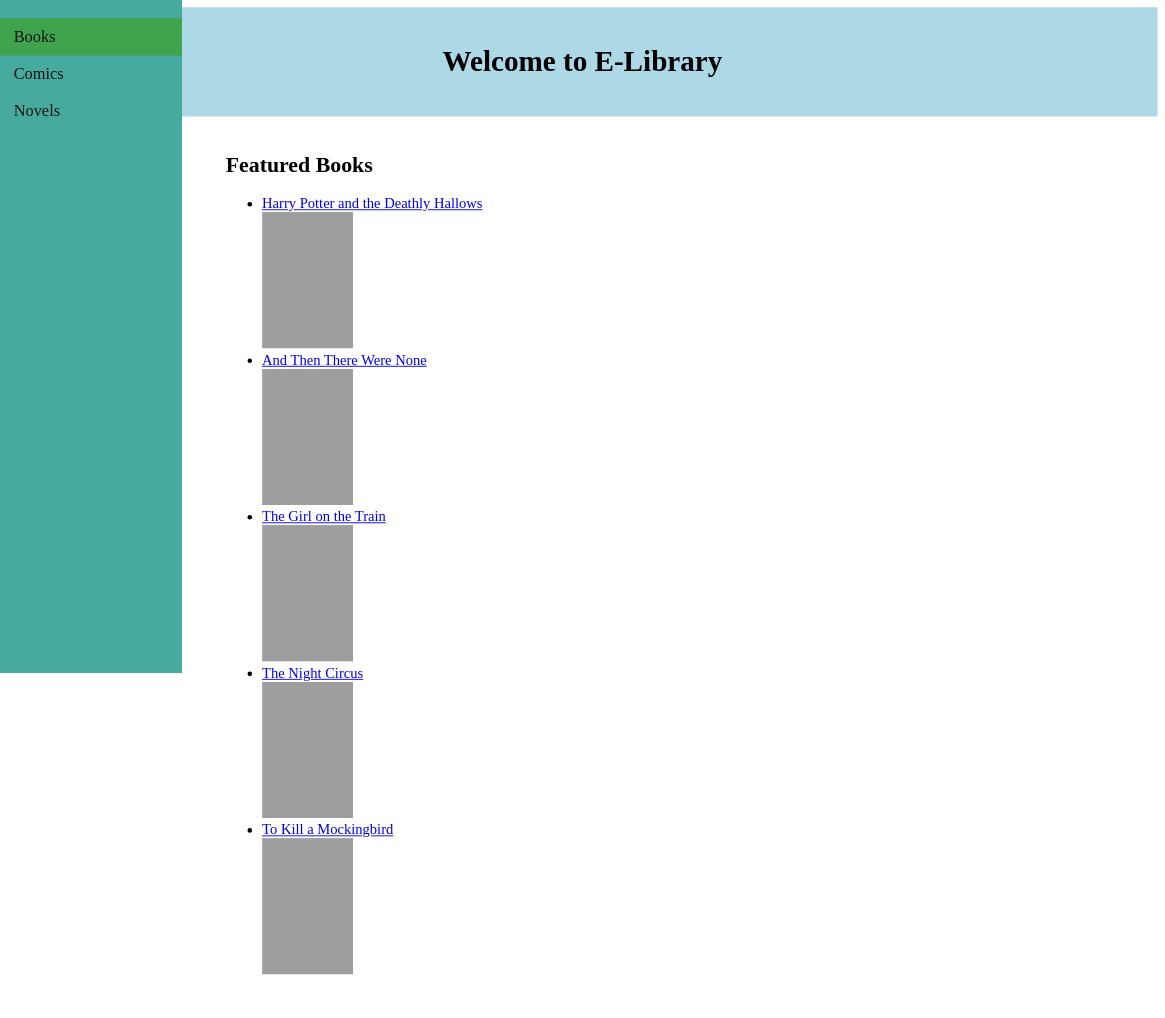
Repository: TejasS1233/MINITHON-hackathon-project
Page: Rishit.html
An editor plug-in stored every save of this project. The page is shown before and after the next save, followed by the edit.
The browser window is 1280 px wide. The pictures show the whole page, at 91% of full size.
The pointer rests on the first visible `.sidebar a`.
Pictures or frames that could not be fetched are drawn as grey boxes.

Above is the page before, as saved 2024-09-20 09:16:03.

### Rishit.html
<!DOCTYPE html>
<html lang="en">
<head>
    <meta charset="UTF-8">
    <meta name="viewport" content="width=device-width, initial-scale=1.0">
    <title>E-Library</title>
    <style>
        header
        {
            background-color: lightblue;
            text-align: center;
            padding: 20px;
        }

        .sidebar
        {
            height: 100%;
            width: 200px;
            position: fixed;
            top: 0;
            left: 0;
            background-color: #46ab9e;
            padding-top: 20px;
        }
        .sidebar a
        {
            padding: 10px 15px;
            text-decoration: none;
            font-size: 18px;
            color: #141313;
            display: block;
        }
        .sidebar a:hover
        {
            background-color: #40a44f;
        }

        .content {
            margin-left: 220px; /* Width of the sidebar + some spacing */
            padding: 20px;
        }
    </style>
</head>
<body>
    <header>
        <h1>Welcome to E-Library</h1>
    </header>


    <div class="sidebar">
        <a href="#">Books</a>
        <a href="#">Comics</a>
        <a href="#">Novels</a>
    </div>


    <div class="content">
        <h2>Featured Books</h2>
        <ul>
            <li><a href="Harry_Potter_and_the_Deathly_Hallows.html">Harry Potter and the Deathly Hallows</a><br>
                <img src="https://upload.wikimedia.org/wikipedia/en/a/a9/Harry_Potter_and_the_Deathly_Hallows.jpg" height="150" width="100"></li>
            <li><a href="And_Then_There_Were_None.html">And Then There Were None</a><br>
                <img src="https://agathachristie.imgix.net/hcus-paperback/Jacket_AndThenThereWereNoneUS.jpg?auto=compress,format&fit=clip&q=80&w=400" height="150" width="100"></li>
            <li><a href="The_Girl_on_the_Train.html">The Girl on the Train</a><br>
                <img src="https://m.media-amazon.com/images/I/51aUSnfAfHL._SY445_SX342_.jpg" height="150" width="100"></li>
            <li><a href="The_Night_Circus.html">The Night Circus</a><br>
                <img src="https://m.media-amazon.com/images/I/815D5sneiNL._SY522_.jpg" height="150" width="100"></li>
            <li><a href="To_Kill_a_Mockingbird.html">To Kill a Mockingbird</a><br>
                <img src="https://m.media-amazon.com/images/I/51Z9p5AecCL._SY445_SX342_.jpg" height="150" width="100"></li>
        </ul>
    </div>
</body>
</html>

After the next save:
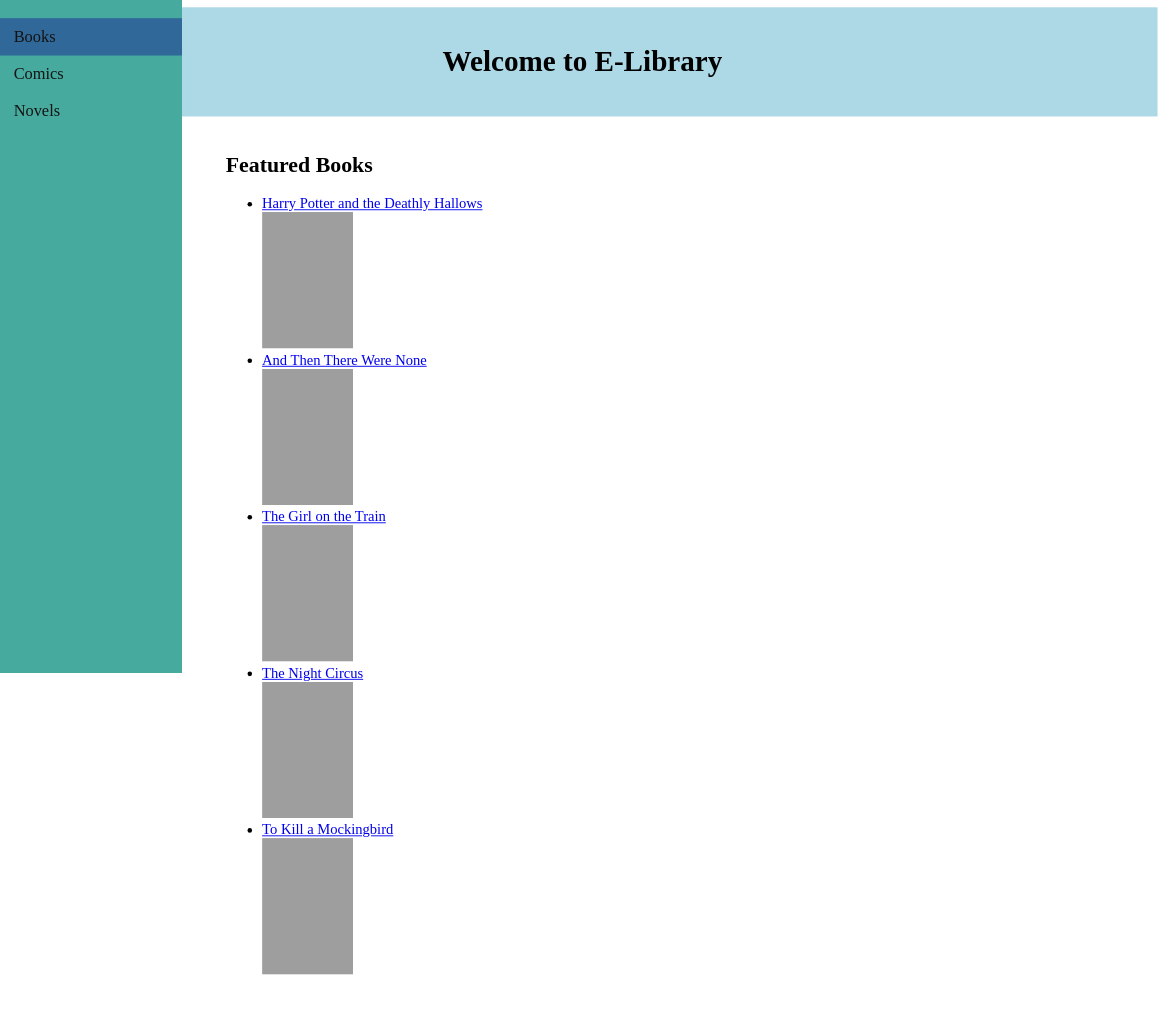
Saved 12 s later.
--- a/Rishit.html
+++ b/Rishit.html
@@ -32,7 +32,7 @@
         }
         .sidebar a:hover
         {
-            background-color: #40a44f;
+            background-color: #306899;
         }
 
         .content {
